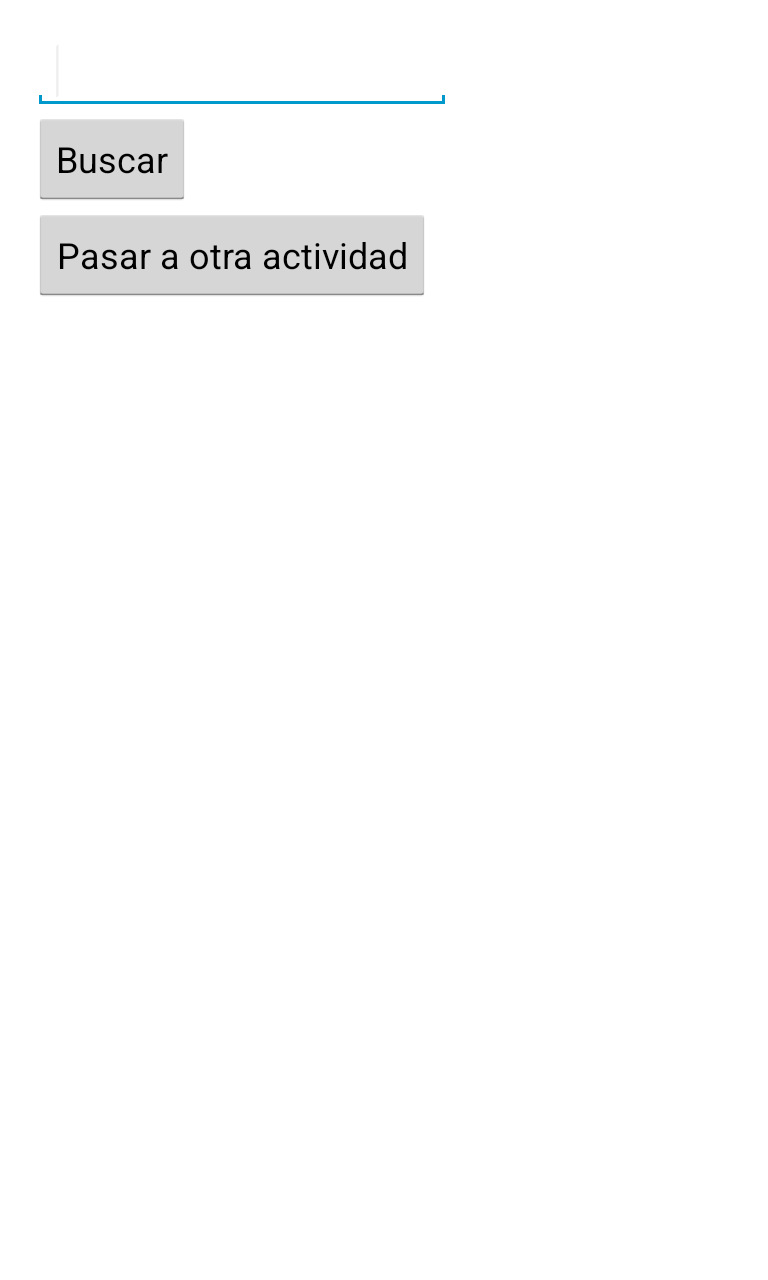
Repository: sstevenmr/SP-Galileo
Layout: Demo/res/layout/activity_main.xml
These files come from the project's save history. The layout is drawn as it stood at one moment and after the next save; the edit follows.
It is drawn on a 768 x 1280 px phone screen (xhdpi) without system bars, with theme AppTheme; the app's code is not run.

Above is the layout before, as saved 2014-01-24 05:00:51.

### Demo/res/layout/activity_main.xml
<LinearLayout xmlns:android="http://schemas.android.com/apk/res/android"
    xmlns:tools="http://schemas.android.com/tools"
    android:layout_width="match_parent"
    android:layout_height="match_parent"
    android:paddingBottom="@dimen/activity_vertical_margin"
    android:paddingLeft="@dimen/activity_horizontal_margin"
    android:paddingRight="@dimen/activity_horizontal_margin"
    android:orientation="vertical"
    android:paddingTop="@dimen/activity_vertical_margin"
    tools:context=".MainActivity" >

    <EditText
        android:id="@+id/editTextSearchQuery"
        android:layout_width="wrap_content"
        android:layout_height="wrap_content"
        android:inputType="text"
        android:ems="10" >

        <requestFocus />
    </EditText>

    <Button
        android:id="@+id/btnSearch"
        android:layout_width="wrap_content"
        android:layout_height="wrap_content"
        android:text="@string/btn_Search" />

    <Button
        android:id="@+id/btnOpenActivity"
        android:layout_width="wrap_content"
        android:layout_height="wrap_content"
        android:text="@string/btn_open_activity" />

</LinearLayout>

### Demo/res/values/strings.xml
<?xml version="1.0" encoding="utf-8"?>
<resources>

    <string name="app_name">Ejemplo</string>
    <string name="action_settings">Settings</string>
    <string name="hello_world">Hello world!</string>
    <string name="btn_Search">Buscar</string>
    <string name="btn_open_activity">Pasar a otra actividad</string>
    <string name="title_activity_show_search_query">ShowSearchQueryActivity</string>

</resources>

Loaded but not shown: Demo/res/values/styles.xml (common file); Demo/res/values-v11/styles.xml (common file); Demo/res/values-v14/styles.xml (common file); Demo/res/values/dimens.xml (common file)

After the next save:
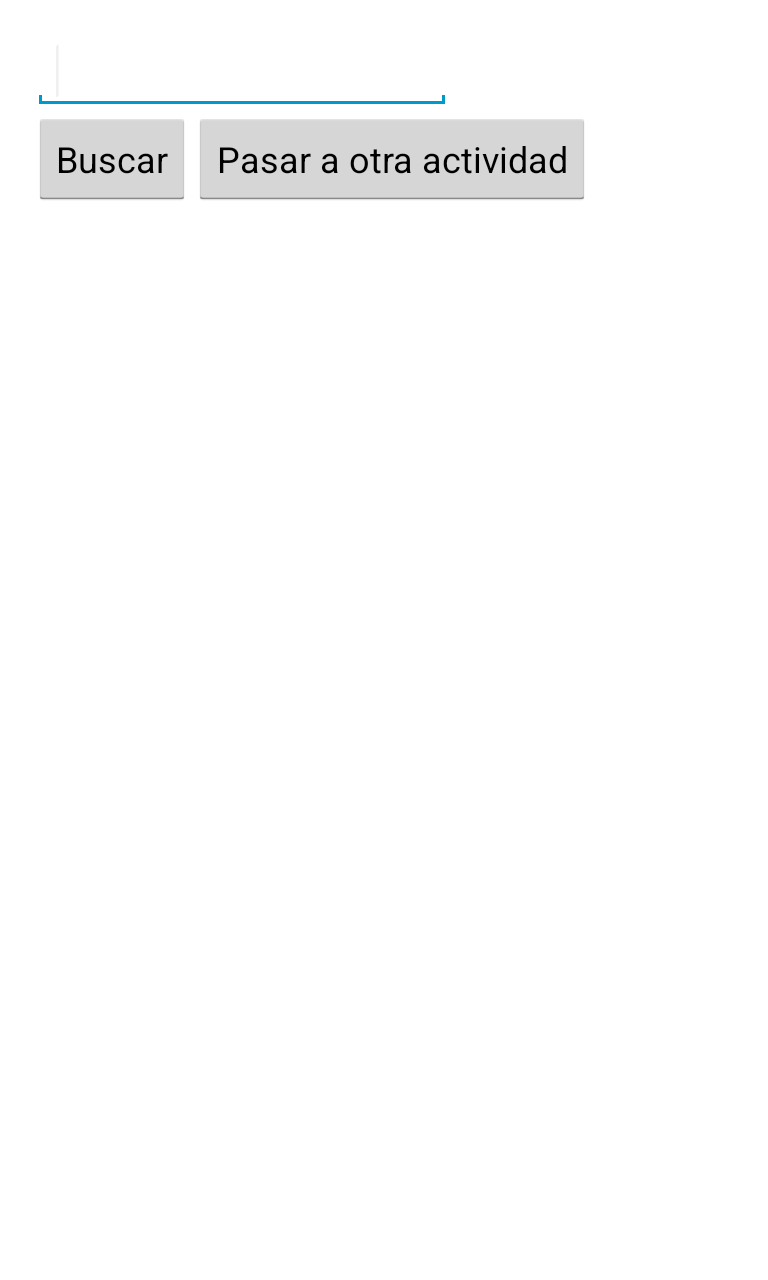
Saved 2 min 41 s later.
--- a/Demo/res/layout/activity_main.xml
+++ b/Demo/res/layout/activity_main.xml
@@ -19,16 +19,21 @@
         <requestFocus />
     </EditText>
 
-    <Button
-        android:id="@+id/btnSearch"
-        android:layout_width="wrap_content"
-        android:layout_height="wrap_content"
-        android:text="@string/btn_Search" />
 
-    <Button
-        android:id="@+id/btnOpenActivity"
-        android:layout_width="wrap_content"
-        android:layout_height="wrap_content"
-        android:text="@string/btn_open_activity" />
+    <LinearLayout
+        android:layout_width="match_parent"
+        android:layout_height="wrap_content" >
+	   <Button
+	        android:id="@+id/btnSearch"
+	        android:layout_width="wrap_content"
+	        android:layout_height="wrap_content"
+	        android:text="@string/btn_Search" />
+
+	    <Button
+	        android:id="@+id/btnOpenActivity"
+	        android:layout_width="wrap_content"
+	        android:layout_height="wrap_content"
+	        android:text="@string/btn_open_activity" />
+    </LinearLayout>
 
 </LinearLayout>
